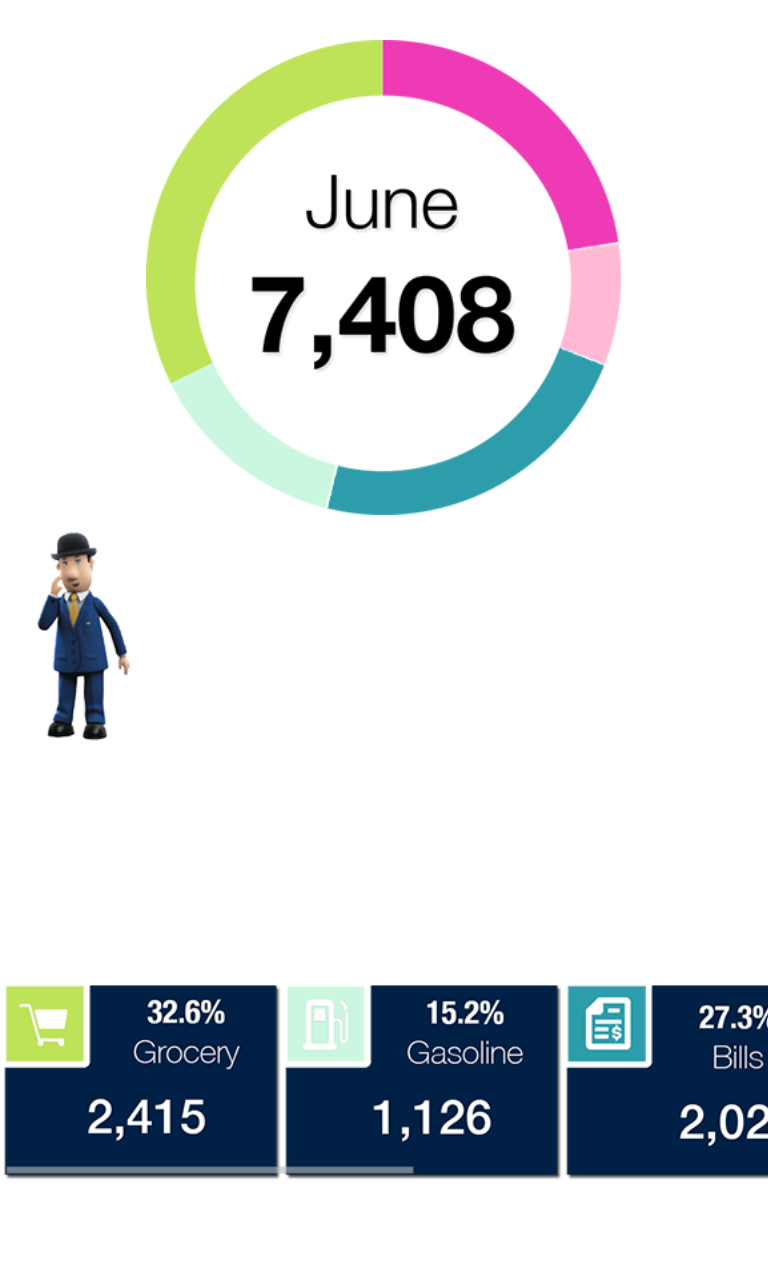
Repository: derek-zhan/RBCPrototypeChallenge
Layout: RBCPrototype/res/layout/fragment_analyze.xml
These files come from the project's save history. The layout is drawn as it stood at one moment and after the next save; the edit follows.
It is drawn on a 768 x 1280 px phone screen (xhdpi) without system bars, with theme AppTheme; the app's code is not run.

Above is the layout before, as saved 2014-06-07 01:58:26.

### RBCPrototype/res/layout/fragment_analyze.xml
<?xml version="1.0" encoding="utf-8"?>
<RelativeLayout xmlns:android="http://schemas.android.com/apk/res/android"
    android:layout_width="match_parent"
    android:layout_height="match_parent" >

    <ImageView
        android:layout_width="wrap_content"
        android:layout_height="wrap_content"
        android:layout_margin="20dp"
        android:layout_centerHorizontal="true"
        android:src="@drawable/piechart_full"
        />

     <HorizontalScrollView
        android:id="@+id/horizontal_scroll_view"
        android:layout_width="wrap_content"
        android:layout_height="wrap_content"
        android:layout_marginBottom="50dp"
        android:layout_alignParentBottom="true"

        >
        <LinearLayout
            android:layout_width="wrap_content"
            android:layout_height="wrap_content"
            android:orientation="horizontal" >
            <ImageButton
                android:id="@+id/grocery_btn"
                android:layout_width="wrap_content"
                android:layout_height="wrap_content"
                android:src="@drawable/piechartcat1"
                android:background="@null"
                 />
            <ImageButton
                android:layout_width="wrap_content"
                android:layout_height="wrap_content"
                android:src="@drawable/piechartcat2"
                android:background="@null"
                />
            <ImageButton
                android:layout_width="wrap_content"
                android:layout_height="wrap_content"
                android:src="@drawable/piechartcat3"
                android:background="@null"
                 />
            <ImageButton
                android:layout_width="wrap_content"
                android:layout_height="wrap_content"
                android:src="@drawable/piechartcat4"
                android:background="@null"
                 />
            <ImageButton
                android:layout_width="wrap_content"
                android:layout_height="wrap_content"
                android:src="@drawable/piechartcat5"
                android:background="@null" />
        </LinearLayout>

    </HorizontalScrollView>

     <ImageView
         android:layout_width="wrap_content"
         android:layout_height="wrap_content"
         android:layout_alignParentLeft="true"
         android:layout_centerVertical="true"
         android:layout_margin="10dp"
         android:src="@drawable/whisper_arbie" />

</RelativeLayout>

Loaded but not shown: RBCPrototype/res/values/styles.xml (common file); RBCPrototype/res/values-v11/styles.xml (common file); RBCPrototype/res/values-v14/styles.xml (common file)

After the next save:
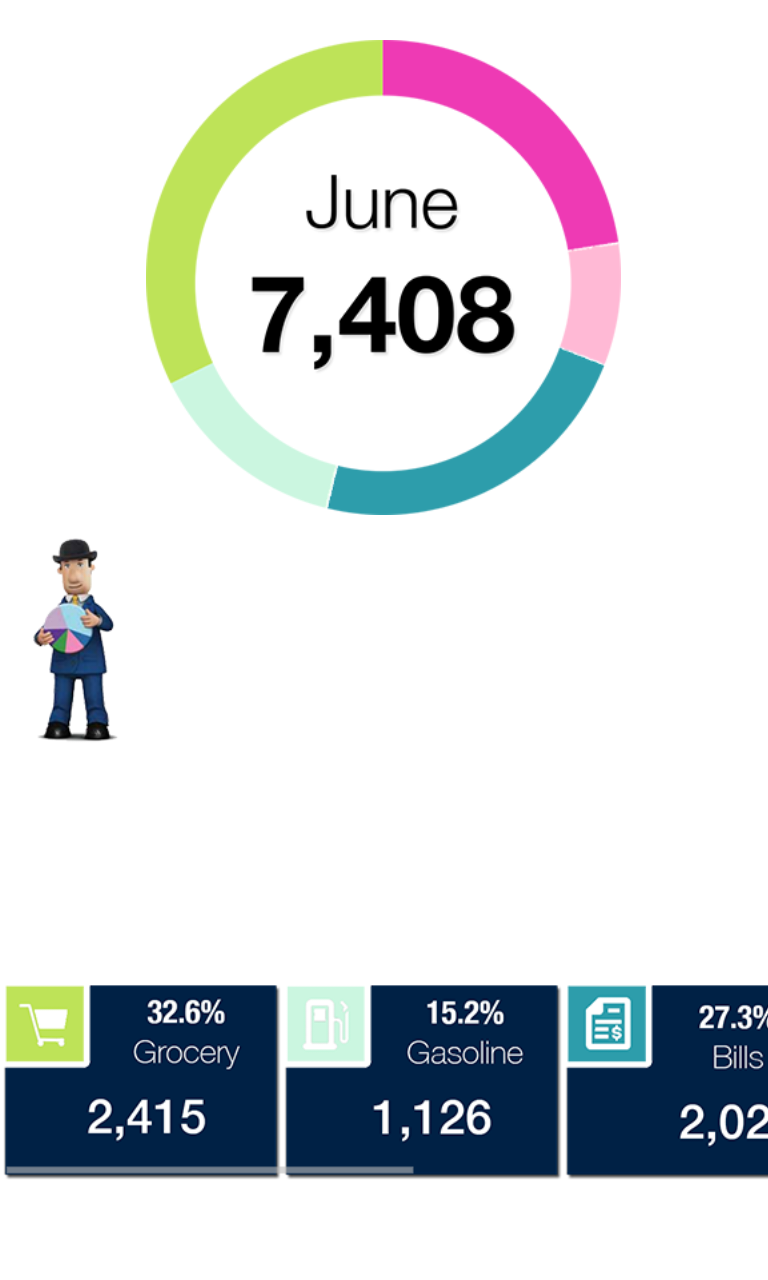
Saved 113 min 27 s later.
--- a/RBCPrototype/res/layout/fragment_analyze.xml
+++ b/RBCPrototype/res/layout/fragment_analyze.xml
@@ -63,6 +63,6 @@
          android:layout_alignParentLeft="true"
          android:layout_centerVertical="true"
          android:layout_margin="10dp"
-         android:src="@drawable/whisper_arbie" />
+         android:src="@drawable/arbie_piechart_small" />
 
 </RelativeLayout>
